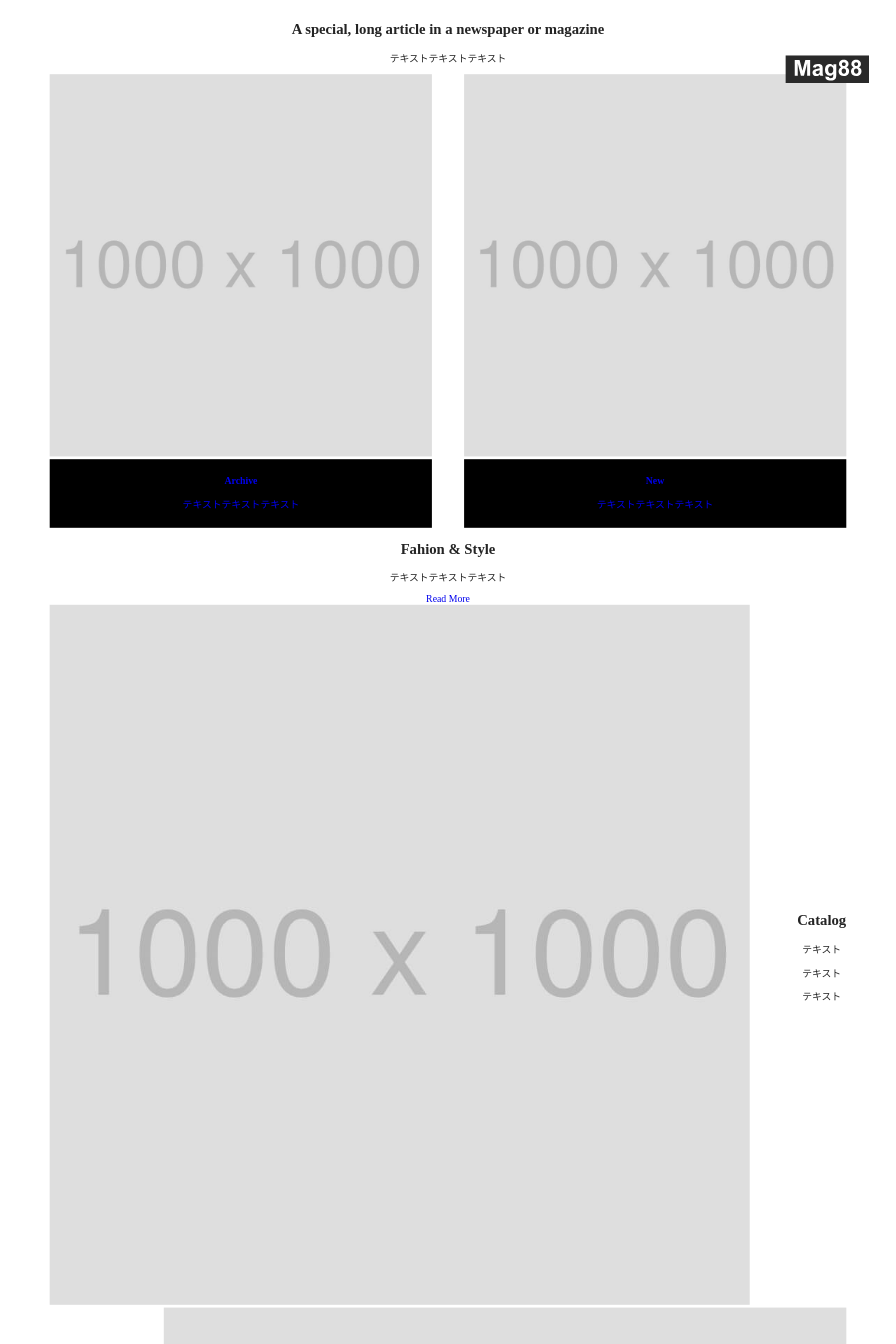
Repository: Fuki-san/bookstore
Page: http://localhost/book
The author's editor kept a copy of each file at every save. The page is drawn from the files as they stood at one save, then again after a run of saves.
The browser window is 1280 px wide. The pictures show the part of the page from y = 0 to 1920 px (the page is 3013 px tall), at 70% of full size.
The page is served by the project's Laravel application, run on PHP 8.4 with Laravel 10. Other server files are loaded and not shown.

Above is the page before, as saved 2023-11-21 13:11:01.

### routes/web.php
<?php

use Illuminate\Support\Facades\Route;

/*
|--------------------------------------------------------------------------
| Web Routes
|--------------------------------------------------------------------------
|
| Here is where you can register web routes for your application. These
| routes are loaded by the RouteServiceProvider and all of them will
| be assigned to the "web" middleware group. Make something great!
|
*/

Route::get('/', function () {
    return view('welcome');
});

Route::get('book', function() {
    return view('bookstore');
})->name('book');

### resources/views/bookstore.blade.php
@extends('layouts.main')

@section('title', 'bookstore')

@section('content')
    <header id="header">
        <h1 class="site-title"><a href="#"><img src="img/logo.svg"></a></h1>
    </header>

    <main>
        <section class="wrapper" id="magazine">
            <h2 class="sec-title">A special, long article in a newspaper or magazine</h2>
            <p>テキストテキストテキスト</p>
            <div class="flex-item">
                <a href="#" class="item"><img src="img/magazine-archive.jpg"><div class="text"><p class="title">Archive</p><p>テキストテキストテキスト</p></div></a>
                <a href="#" class="item"><img src="img/magazine-new.jpg"><div class="text"><p class="title">New</p><p>テキストテキストテキスト</p></div></a>
            </div>
        </section>
        <section class="wrapper" id="fashion">
            <h2 class="sec-title">Fahion & Style</h2>
            <p>テキストテキストテキスト</p>
            <a href="#" class="btn">Read More</a>
        </section>
        <section id="catalog-antique">
            <div class="flex-item wrapper">
                <div class="item">
                    <img src="img/catalog.jpg">
                </div>
                <div class="item">
                    <h2 class="sec-title">Catalog</h2>
                    <p>テキスト</p>
                    <p>テキスト</p>
                    <p>テキスト</p>
                </div>
            </div>
        </section>

        <section id="catalog-antique">
            <div class="flex-item wrapper">
                <div class="item">
                    <h2 class="sec-title">Antique</h2>
                    <p>テキストテキストテキスト</p>
                    <p>テキストテキストテキスト</p>
                    <a href="#" class="btn">Read More</a>
                </div>
                <div class="item">
                    <img src="img/antique.jpg">
                </div>
            </div>
        </section>
    </main>

    <footer id="footer">
        <div class="flex-item wrapper">
            <div class="item"><a href="#"><img src="img/logo.svg"></a></div>
            <div class="item">
                <p class="title">タイトル</p>
                <ul>
                    <li>テキストテキストテキスト</li>
                    <li>テキストテキストテキスト</li>
                    <li>テキストテキストテキスト</li>
                </ul>
            </div>
            <div class="item">
                <p>テキストテキストテキストテキストテキスト</p>
            </div>
        </div>
        <p class="copyright">&copy; Mag88</p>
    </footer>
@endsection

### resources/views/layouts/main.blade.php
<!DOCTYPE html>
<html lang="ja">
<head>
    <meta charset="UTF-8">
    <meta name="viewport" content="width=device-width, initial-scale=1.0">
    <meta http-equiv="X-UA-Compatible" content="ie=edge">
    <link rel="stylesheet" href="{{ asset('css/reset.css') }}">
    <link rel="stylesheet" href="{{ asset('css/style.css') }}">
    <link rel="icon" href="img/favicon.ico">
    <title>@yield('title')</title>
</head>
<body>
    @yield('content')
</body>
</html>

### public/css/style.css
html{
    font-size: 100%;
}
img{
    max-width: 100%;
}
body{
    font-size: 0.875rem;
    color: #242424;
}
.wrapper{
    padding: 0 5%;
    text-align: center;
}
.flex-item{
    display: flex;
    justify-content: space-between;
    align-items: center;
}
.site-title{
    position: absolute;
    top: 30px;
    right: 30px;
}
#header{
    background-image: url(../img/mainvisual.jpg);
    background-position: center top;
    background-repeat: no-repeat;
    background-size: cover;
    position: relative;
    margin: 0 0 30px 0;
}
li{
    list-style: none;
}
a{
    text-decoration: none;
}
#magazine .flex-item .item{
    width: 48%;
}
#magazine .text{
    background-color: black;
    text-align: center;
    padding: 10px 15px;
}
#magazine .title{
    font-weight: bold;
}
#fashion{

    back}

### public/img/logo.svg
<?xml version="1.0" encoding="utf-8"?>
<!-- Generator: Adobe Illustrator 15.1.0, SVG Export Plug-In . SVG Version: 6.00 Build 0)  -->
<!DOCTYPE svg PUBLIC "-//W3C//DTD SVG 1.1//EN" "http://www.w3.org/Graphics/SVG/1.1/DTD/svg11.dtd">
<svg version="1.1" id="レイヤー_1" xmlns="http://www.w3.org/2000/svg" xmlns:xlink="http://www.w3.org/1999/xlink" x="0px"
	 y="0px" width="120px" height="40px" viewBox="0 0 120 40" enable-background="new 0 0 120 40" xml:space="preserve">
<text transform="matrix(1 0 0 1 11.667 -25.8213)" fill="#2B3137" font-family="'Arial-BoldMT'" font-size="31.8021">Mag88</text>
<rect fill="#2A2A2A" width="120" height="40"/>
<g>
	<path fill="#FFFFFF" d="M13.351,29.333V6.568h6.879l4.13,15.529l4.084-15.529h6.895v22.765h-4.271v-17.92l-4.519,17.92h-4.425
		l-4.503-17.92v17.92H13.351z"/>
	<path fill="#FFFFFF" d="M43.134,17.872l-3.96-0.714c0.445-1.595,1.211-2.774,2.299-3.54c1.087-0.766,2.701-1.149,4.845-1.149
		c1.946,0,3.396,0.23,4.348,0.69c0.952,0.461,1.623,1.047,2.011,1.756c0.389,0.709,0.582,2.01,0.582,3.904l-0.046,5.094
		c0,1.449,0.069,2.518,0.21,3.207c0.139,0.688,0.4,1.426,0.783,2.213h-4.316c-0.113-0.29-0.254-0.72-0.419-1.289
		c-0.073-0.259-0.124-0.43-0.155-0.513c-0.746,0.725-1.543,1.269-2.392,1.63c-0.849,0.363-1.755,0.544-2.718,0.544
		c-1.697,0-3.035-0.46-4.014-1.382s-1.467-2.086-1.467-3.494c0-0.932,0.222-1.762,0.667-2.492c0.444-0.73,1.069-1.289,1.871-1.677
		c0.802-0.389,1.959-0.728,3.471-1.018c2.039-0.383,3.452-0.739,4.239-1.071v-0.435c0-0.839-0.207-1.437-0.621-1.794
		s-1.195-0.535-2.345-0.535c-0.776,0-1.382,0.152-1.817,0.458C43.755,16.571,43.403,17.106,43.134,17.872z M48.973,21.413
		c-0.559,0.187-1.444,0.409-2.655,0.668c-1.212,0.259-2.003,0.512-2.376,0.761c-0.569,0.403-0.854,0.916-0.854,1.537
		c0,0.61,0.227,1.14,0.683,1.584c0.456,0.445,1.035,0.667,1.739,0.667c0.787,0,1.537-0.258,2.252-0.775
		c0.527-0.394,0.875-0.875,1.04-1.444c0.114-0.373,0.171-1.081,0.171-2.128V21.413z"/>
	<path fill="#FFFFFF" d="M57.157,30.419l4.984,0.605c0.083,0.58,0.274,0.979,0.574,1.196c0.414,0.311,1.066,0.466,1.957,0.466
		c1.139,0,1.992-0.171,2.563-0.512c0.383-0.229,0.673-0.596,0.869-1.104c0.135-0.362,0.202-1.029,0.202-2.003v-2.407
		c-1.304,1.781-2.95,2.672-4.938,2.672c-2.215,0-3.97-0.938-5.264-2.811c-1.015-1.48-1.521-3.324-1.521-5.529
		c0-2.764,0.664-4.875,1.995-6.335c1.33-1.46,2.983-2.189,4.962-2.189c2.039,0,3.721,0.896,5.046,2.687v-2.314h4.084V27.64
		c0,1.946-0.161,3.4-0.481,4.363s-0.771,1.719-1.351,2.268c-0.58,0.549-1.354,0.979-2.321,1.289
		c-0.969,0.311-2.192,0.466-3.673,0.466c-2.795,0-4.778-0.479-5.947-1.437c-1.17-0.957-1.755-2.172-1.755-3.642
		C57.141,30.802,57.147,30.626,57.157,30.419z M61.054,20.745c0,1.75,0.339,3.031,1.017,3.844c0.679,0.813,1.515,1.219,2.508,1.219
		c1.066,0,1.967-0.416,2.703-1.25c0.734-0.834,1.102-2.068,1.102-3.703c0-1.709-0.352-2.977-1.056-3.805s-1.595-1.242-2.671-1.242
		c-1.045,0-1.907,0.406-2.586,1.219C61.393,17.839,61.054,19.079,61.054,20.745z"/>
	<path fill="#FFFFFF" d="M79.797,17.05c-1.129-0.477-1.949-1.131-2.462-1.965c-0.513-0.833-0.769-1.746-0.769-2.74
		c0-1.697,0.593-3.101,1.778-4.208c1.185-1.107,2.87-1.662,5.054-1.662c2.164,0,3.844,0.554,5.039,1.662
		c1.196,1.108,1.794,2.511,1.794,4.208c0,1.056-0.274,1.995-0.823,2.818c-0.549,0.822-1.32,1.451-2.313,1.887
		c1.263,0.508,2.224,1.248,2.88,2.221c0.658,0.973,0.986,2.096,0.986,3.369c0,2.102-0.67,3.811-2.011,5.125
		s-3.124,1.972-5.349,1.972c-2.071,0-3.795-0.544-5.172-1.63c-1.625-1.284-2.438-3.045-2.438-5.28c0-1.231,0.305-2.362,0.916-3.394
		C77.52,18.403,78.482,17.608,79.797,17.05z M80.293,22.407c0,1.201,0.309,2.138,0.924,2.811c0.616,0.673,1.385,1.01,2.307,1.01
		c0.9,0,1.646-0.324,2.236-0.971c0.59-0.647,0.885-1.582,0.885-2.803c0-1.066-0.301-1.924-0.9-2.57
		c-0.602-0.646-1.361-0.971-2.283-0.971c-1.066,0-1.861,0.367-2.383,1.103C80.555,20.751,80.293,21.548,80.293,22.407z
		 M80.698,12.655c0,0.869,0.246,1.547,0.737,2.034c0.491,0.486,1.146,0.729,1.964,0.729c0.828,0,1.491-0.246,1.988-0.737
		s0.745-1.173,0.745-2.042c0-0.818-0.246-1.473-0.737-1.965c-0.492-0.491-1.142-0.737-1.949-0.737c-0.838,0-1.506,0.249-2.003,0.745
		C80.946,11.18,80.698,11.837,80.698,12.655z"/>
	<path fill="#FFFFFF" d="M97.484,17.05c-1.128-0.477-1.948-1.131-2.462-1.965c-0.512-0.833-0.768-1.746-0.768-2.74
		c0-1.697,0.592-3.101,1.777-4.208c1.186-1.107,2.871-1.662,5.055-1.662c2.164,0,3.844,0.554,5.039,1.662
		c1.195,1.108,1.793,2.511,1.793,4.208c0,1.056-0.273,1.995-0.822,2.818c-0.549,0.822-1.32,1.451-2.314,1.887
		c1.264,0.508,2.224,1.248,2.881,2.221c0.658,0.973,0.986,2.096,0.986,3.369c0,2.102-0.67,3.811-2.012,5.125
		c-1.34,1.314-3.123,1.972-5.349,1.972c-2.071,0-3.794-0.544-5.171-1.63c-1.625-1.284-2.438-3.045-2.438-5.28
		c0-1.231,0.305-2.362,0.916-3.394C95.207,18.403,96.168,17.608,97.484,17.05z M97.981,22.407c0,1.201,0.308,2.138,0.924,2.811
		c0.615,0.673,1.385,1.01,2.307,1.01c0.9,0,1.646-0.324,2.235-0.971c0.591-0.647,0.886-1.582,0.886-2.803
		c0-1.066-0.301-1.924-0.901-2.57s-1.361-0.971-2.282-0.971c-1.066,0-1.861,0.367-2.384,1.103S97.981,21.548,97.981,22.407z
		 M98.385,12.655c0,0.869,0.245,1.547,0.736,2.034c0.492,0.486,1.146,0.729,1.965,0.729c0.828,0,1.49-0.246,1.988-0.737
		c0.496-0.491,0.744-1.173,0.744-2.042c0-0.818-0.246-1.473-0.736-1.965c-0.492-0.491-1.143-0.737-1.949-0.737
		c-0.839,0-1.506,0.249-2.004,0.745C98.633,11.18,98.385,11.837,98.385,12.655z"/>
</g>
</svg>

After the next 4 saves:
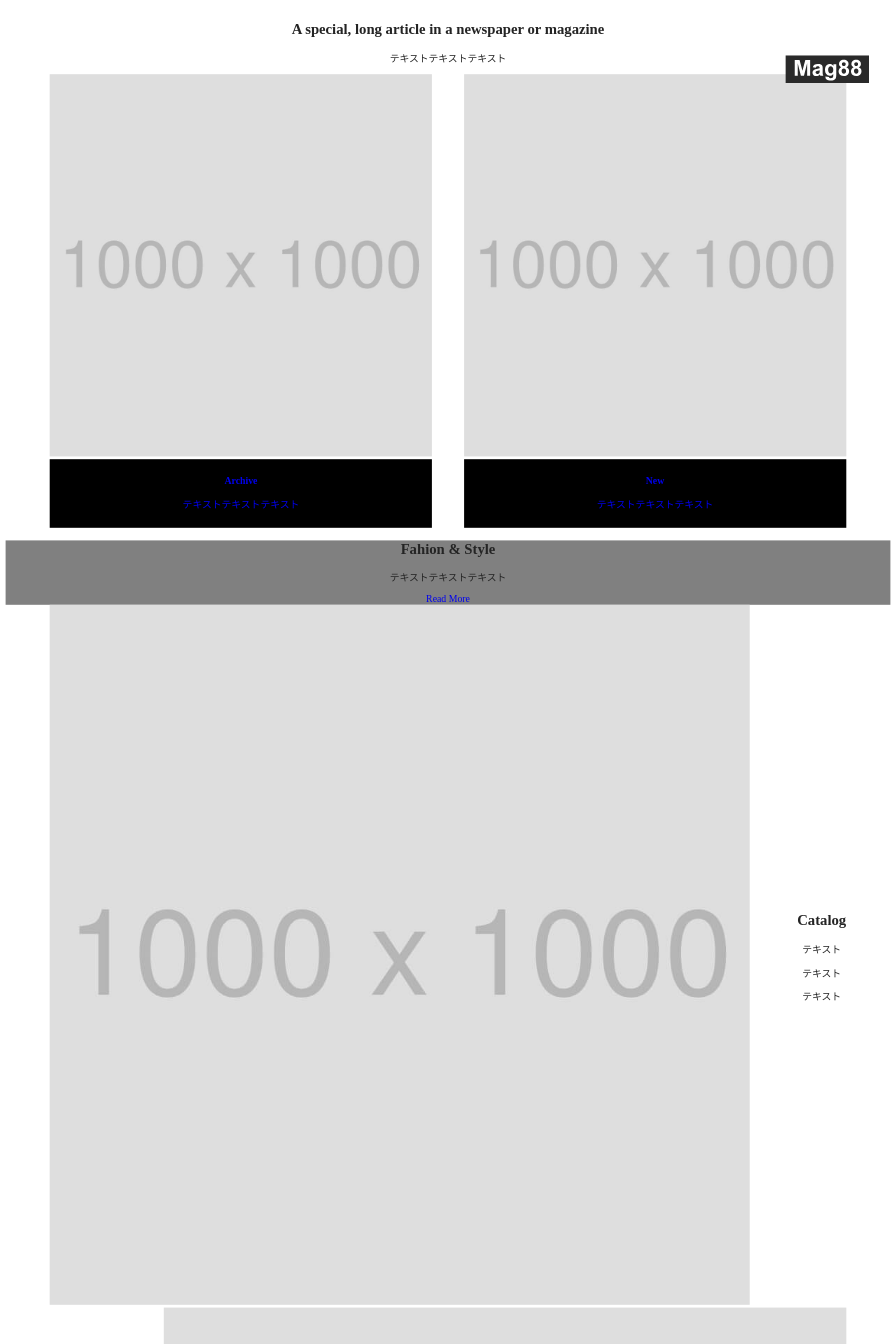
The 4 saves are shown as one change because they came seconds apart.
The last was saved 22 s later.
--- a/public/css/style.css
+++ b/public/css/style.css
@@ -49,4 +49,4 @@ a{
 }
 #fashion{
 
-    back}
+    background-color: gray;}
